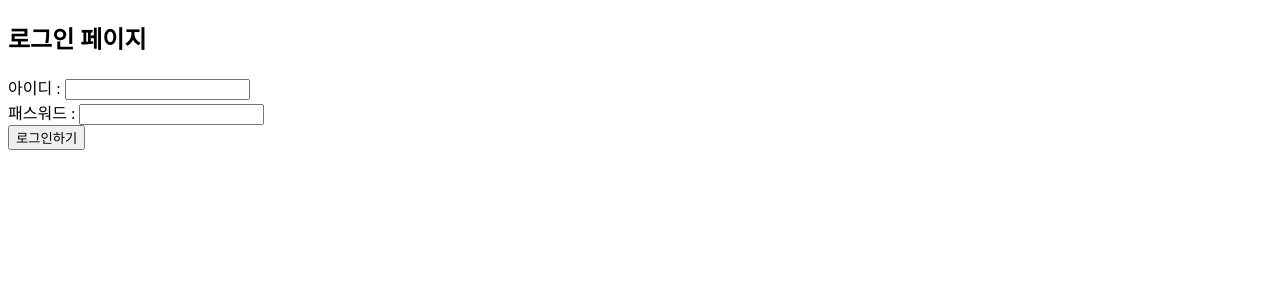
Repository: Park-Dongheon/Servlet-JSP_Training
Page: http://localhost/MustHaveJSP/06Session/LoginForm.jsp
These files come from the project's save history. The page is drawn as it stood at one moment and after the next save; the edit follows.
The browser window is 1280 px wide. The pictures show the whole page.
The page is served by Tomcat 10. Other server files are loaded and not shown.

Above is the page before, as saved 2024-06-18 01:33:29.

### MustHaveJSP/src/main/webapp/06Session/LoginForm.jsp
<%@ page language="java" contentType="text/html; charset=UTF-8"
    pageEncoding="UTF-8"%>
<!DOCTYPE html>
<html>
<head>
<meta charset="UTF-8">
<title>Session</title>
</head>
<body>
	<h2>로그인 페이지</h2>
	<span style="color: red; font-size: 1.2em;">
		<%= request.getAttribute("LoginErrMsg") == null ? "" : request.getAttribute("LoginErrMsg") %>
	</span>
	<%
	if (session.getAttribute("UserId") == null) {		// 로그인 상태 확인
		// 로그아운 상태
	%>
	<script>
	function validateForm(form) {
		if (!form.user_id.value) {
			alert("아이디를 입력하세요.");
			return false;
		}
		if (form.user_pw.value == "") {
			aler("패스워드를 입력하세요.");
			return false;
		}
	}
	</script>
	<form action="LoginProcess.jsp" method="post" name="loginFrm"
		onsubmit="return validateForm(this);">
		아이디 : <input type="text" name="user_id" /><br />
		패스워드 : <input type="password" name="user_pw" /><br />
		<input type="submit" value="로그인하기" />
	</form>
	<%
	} else {		// 로그인된 상태
	%>
		<%= session.getAttribute("UserName") %> 회원님, 로그인하셨습니다.<br />
		<a href="logout.jsp">[로그아웃]</a>
	<%
	}
	%>
</body>
</html>

### MustHaveJSP/src/main/webapp/Common/Link.jsp
<%@ page language="java" contentType="text/html; charset=UTF-8"
    pageEncoding="UTF-8"%>
<table border="1" width="90%">
	<tr>
		<td align="center">
		<!-- 로그인 여부에 따른 메뉴 변화 -->
		<% if (session.getAttribute("UserId") == null) { %>
			<a href="../06Session/LoginForm.jsp">로그인</a>
		<% } else { %>
			<a href="../06Session/Logout.jsp">로그아웃</a>
		<% } %>
			<!-- 8장과 9장의 회원제 게시판 프로젝트에서 사용할 링크 -->
			&nbsp;&nbsp;&nbsp;		<!-- 메뉴 사이의 공백(space) 확보용 특수 문자 -->
			<a href="../08Board/List.jsp">게시판(페이징X)</a>
			&nbsp;&nbsp;&nbsp;
			<a href="../09PagingBoard/List.jsp">게시판(페이징O)</a>
		</td>
	</tr>
</table>
<!DOCTYPE html>
<html>
<head>
<meta charset="UTF-8">
<title>Insert title here</title>
</head>
<body>

</body>
</html>

After the next save:
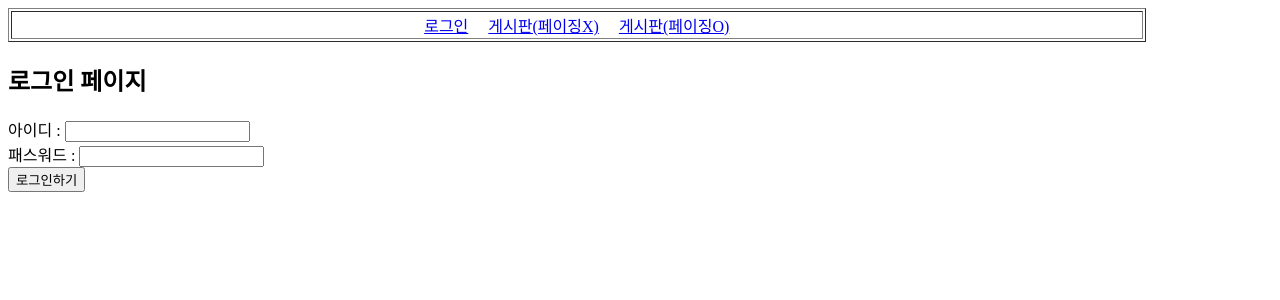
Saved 36 s later.
--- a/MustHaveJSP/src/main/webapp/06Session/LoginForm.jsp
+++ b/MustHaveJSP/src/main/webapp/06Session/LoginForm.jsp
@@ -7,6 +7,7 @@
 <title>Session</title>
 </head>
 <body>
+	<jsp:include page="../Common/Link.jsp" />
 	<h2>로그인 페이지</h2>
 	<span style="color: red; font-size: 1.2em;">
 		<%= request.getAttribute("LoginErrMsg") == null ? "" : request.getAttribute("LoginErrMsg") %>
